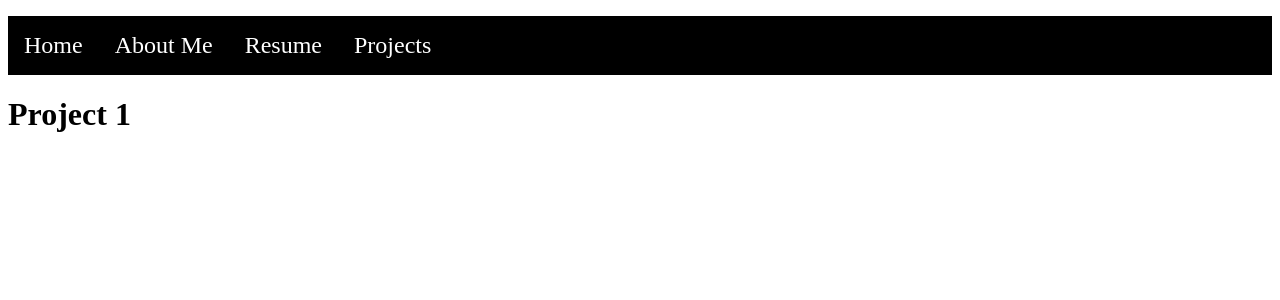
Repository: meganclapinski/meganclapinski.github.io
Page: project1.html
The author's editor kept a record of every edit. The page is drawn from the files as they stood at one moment, then again after the next edit.
The browser window is 1280 px wide. The pictures show the whole page.

Above is the page before.

After the next edit:
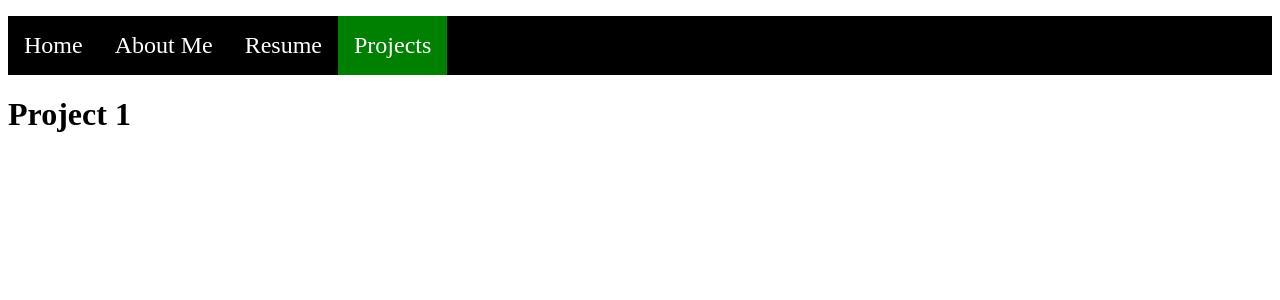
The edit:
--- a/project1.html
+++ b/project1.html
@@ -14,7 +14,7 @@
 
 
             <li class= "dropdown">
-              <div>Projects</div>
+              <div class="active">Projects</div>
               <ul class="dropdown-content">
                   <li class="active"> <a href="project1.html">Project 1</a></li>
                   <li> <a href="project2.html">Project 2</a></li>
